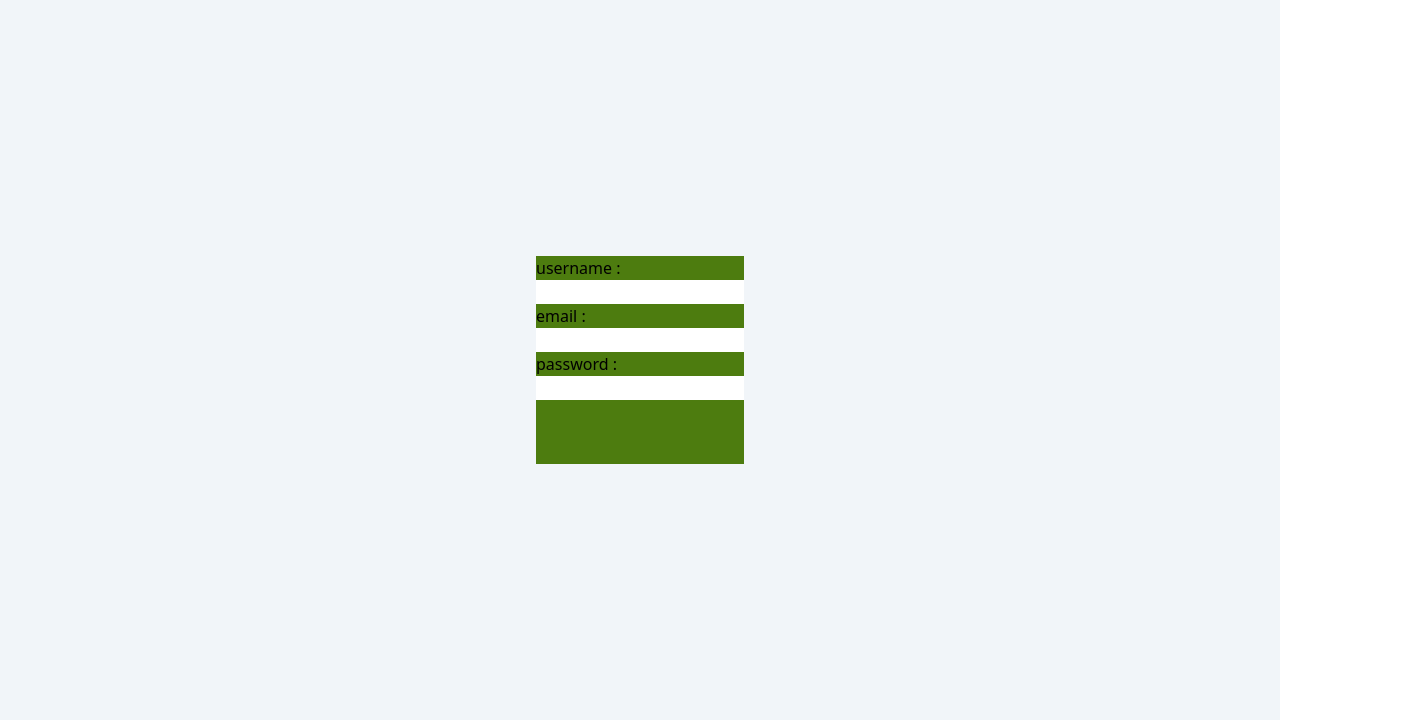
Repository: Emy-gold/alx-fe-reactjs
Page: / (app in form-handling-react/)
The author's editor kept a copy of each file at every save. The page is drawn from the files as they stood at one save, then again after the next save.
The browser window is 1280 px wide. The page is 1280 px wide, then 1419 px, so the pictures cover 1419 px, including what lies to the right of the window. The pictures show the whole page.
The project was rebuilt for these pictures with package versions that can differ from the ones it lists, and the page was loaded fresh each time. Also part of the build but not shown: form-handling-react/vite.config.js.

Above is the page before, as saved 2025-08-22 21:23:21.

After the next save:
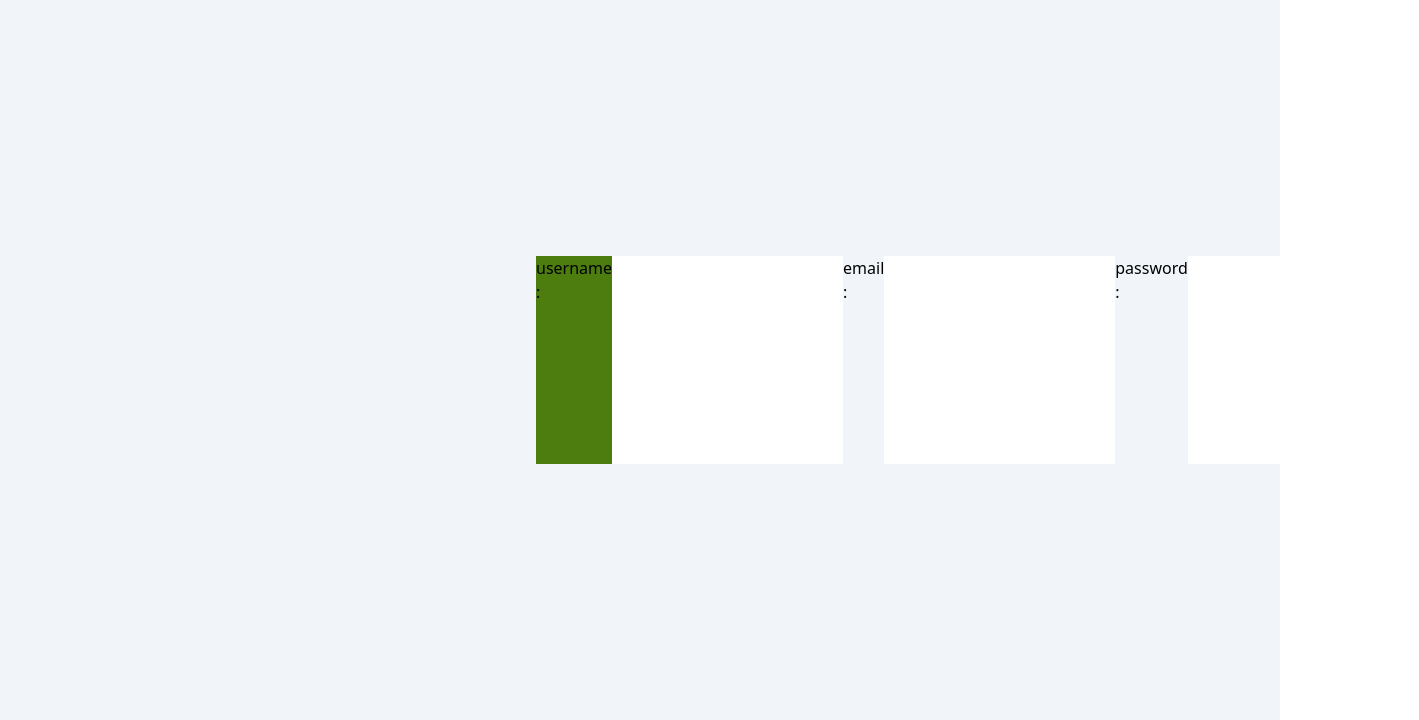
Saved 8 s later.
--- a/form-handling-react/src/components/RegistrationForm.jsx
+++ b/form-handling-react/src/components/RegistrationForm.jsx
@@ -17,7 +17,7 @@ function RegistrationForm() {
 
     return (
         <div className='flex w-full mx-auto h-screen justify-center items-center bg-slate-100'>
-            <form onSubmit={handleSubmit} className='flex flex-col bg-lime-700 w-52 h-52'>
+            <form onSubmit={handleSubmit} className='flex  bg-lime-700 w-52 h-52'>
                 <label>username :</label>
                 <input
                     type="text"
